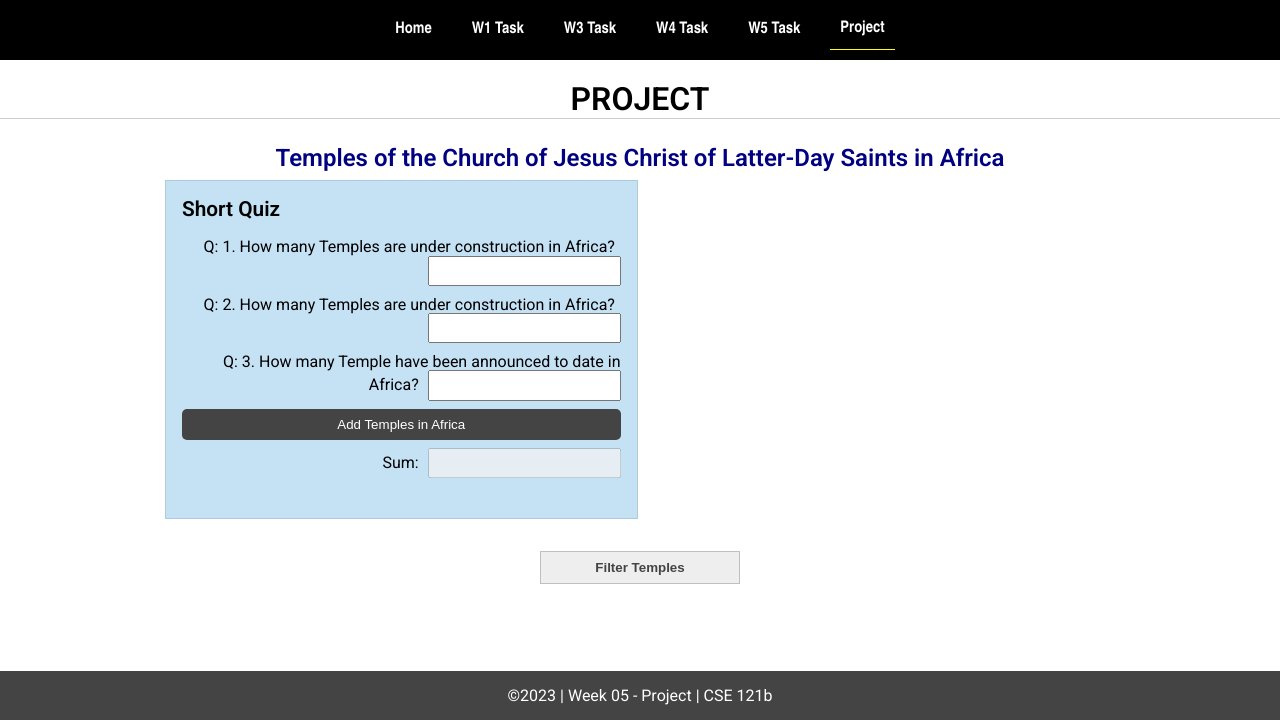
Repository: mszakutumela/cse121b
Page: Project/project.html
An editor plug-in stored every save of this project. The page is shown before and after the next save, followed by the edit.
The browser window is 1280 px wide. The pictures show the whole page.

Above is the page before, as saved 2023-10-24 15:11:45.

After the next save:
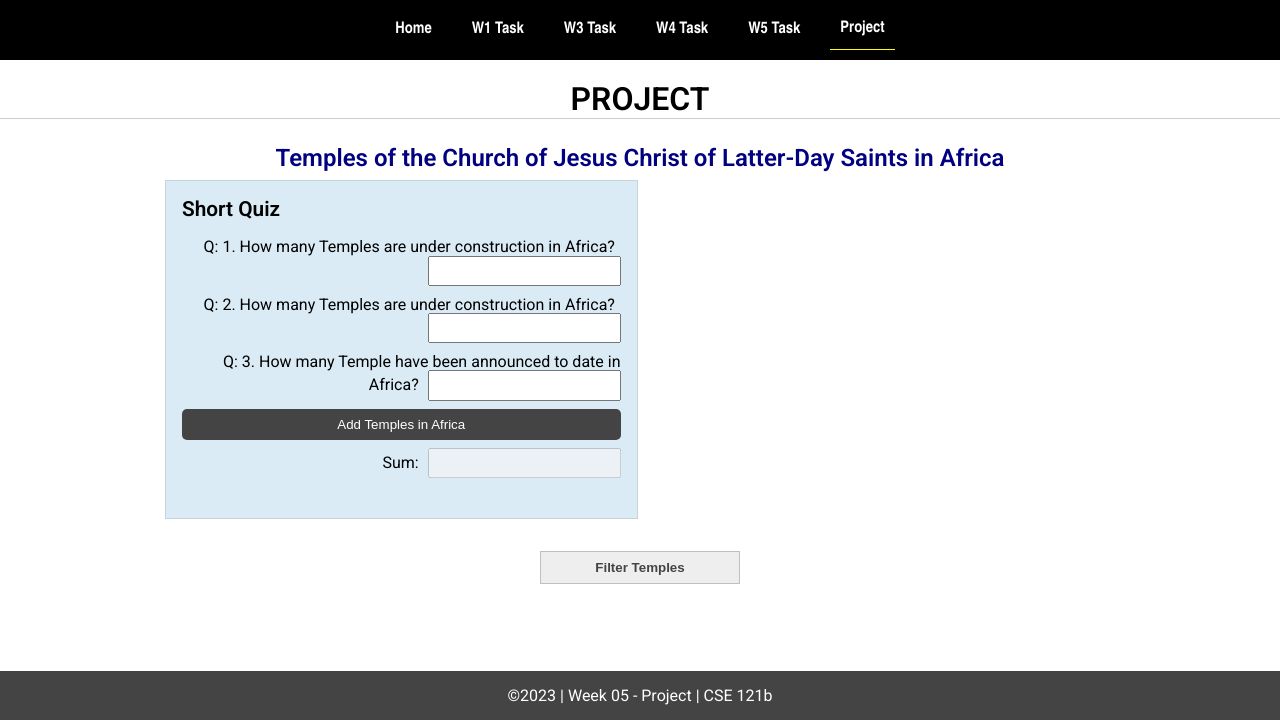
Saved 5 s later.
--- a/Project/styles/main.css
+++ b/Project/styles/main.css
@@ -210,7 +210,7 @@
 
 
 #section1 {
-    background-color: rgba(139, 195, 233, 0.5);
+    background-color: rgba(182, 215, 236, 0.5);
 }
 
 #section2 {
